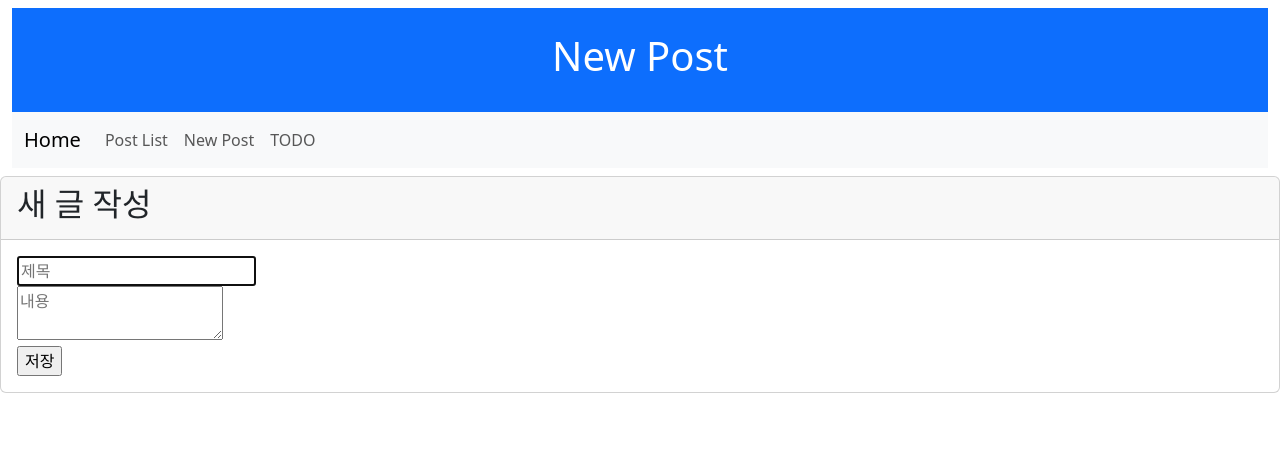
Repository: ldj0905/javaproject
Page: http://localhost/lab05_jsp/post/create
An editor plug-in stored every save of this project. The page is shown before and after the next save, followed by the edit.
The browser window is 1280 px wide. The pictures show the whole page.
The page is served by Tomcat 10.

Above is the page before, as saved 2024-05-29 02:47:16.

After the next save:
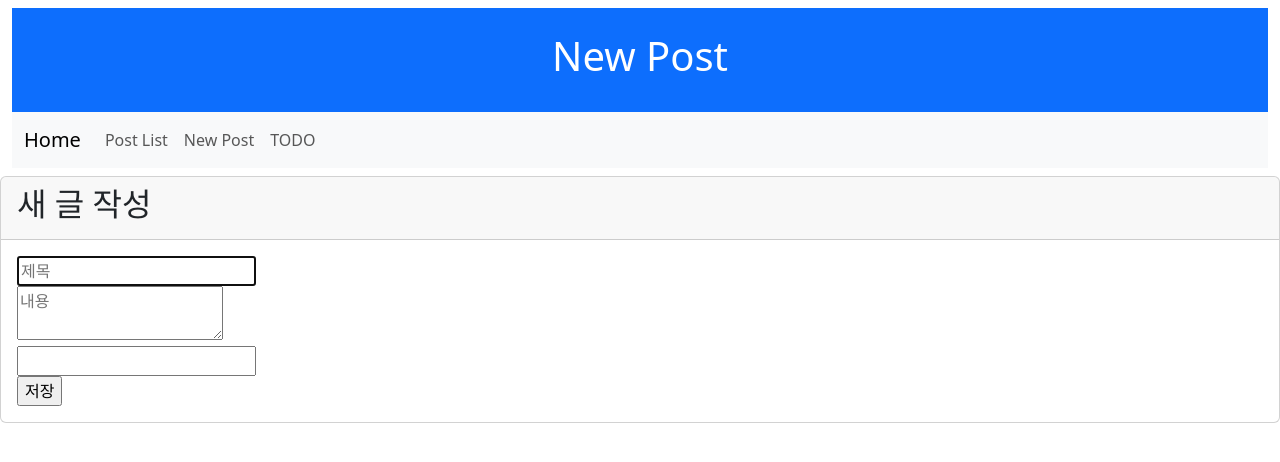
Saved 64 s later.
--- a/lab05_jsp/src/main/webapp/WEB-INF/views/post/create.jsp
+++ b/lab05_jsp/src/main/webapp/WEB-INF/views/post/create.jsp
@@ -33,6 +33,9 @@
                         <textarea row="5" name="content"placeholder="내용" required></textarea> <!-- 얘가 글상자 -->
                     </div>
                     <div>
+                        <input type="text" name="author" />
+                    </div>
+                    <div>
                         <input type = "submit" value="저장"/>
                     </div>
             </div>
